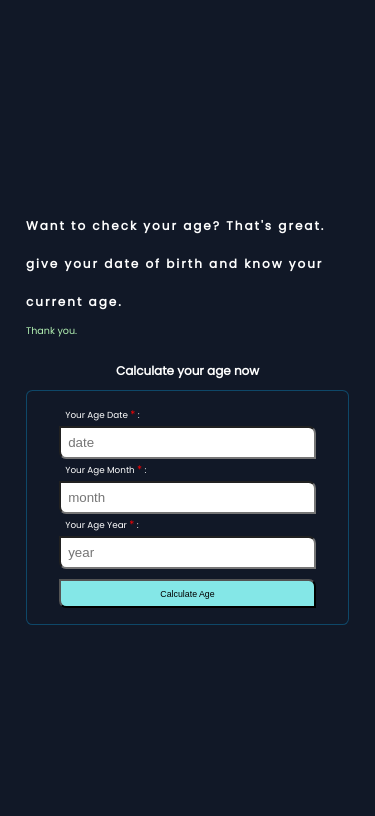
Repository: omarpervezz/age-calculator
Page: index.html
The author's editor kept a copy of each file at every save. The page is drawn from the files as they stood at one save, then again after the next save.
The browser window is 375 px wide. The pictures show the whole page.
Some web fonts or font styles are not loaded; a fallback is used.

Above is the page before, as saved 2022-08-13 00:49:50.

### index.html
<!doctype html>
<html lang="en">

<head>
    <!-- Required meta tags -->
    <meta charset="utf-8">
    <meta name="viewport" content="width=device-width, initial-scale=1">

    <!-- Font Awesome Icons  -->
    <link rel="stylesheet" href="https://cdnjs.cloudflare.com/ajax/libs/font-awesome/5.15.1/css/all.min.css"
        integrity="sha512-+4zCK9k+qNFUR5X+cKL9EIR+ZOhtIloNl9GIKS57V1MyNsYpYcUrUeQc9vNfzsWfV28IaLL3i96P9sdNyeRssA=="
        crossorigin="anonymous" />

    <!-- Google Fonts  -->
    <link rel="preconnect" href="https://fonts.googleapis.com">
    <link rel="preconnect" href="https://fonts.gstatic.com" crossorigin>
    <link href="https://fonts.googleapis.com/css2?family=Poppins&display=swap" rel="stylesheet">
    <!-- Google Icon -->
    <link href="https://fonts.googleapis.com/icon?family=Material+Icons"
      rel="stylesheet">
      <link rel="stylesheet" href="https://fonts.googleapis.com/css2?family=Material+Symbols+Outlined:opsz,wght,FILL,GRAD@48,400,0,0" />
     <link rel="stylesheet" href="style.css">

    <title>Age Calculator</title>
</head>

<body>
   <div class="age_calculator_container">
    <div class="info container">
      <h1>Want to check your age? That's great. give your date of birth and know your current age.</h1>
      <span>Thank you.</span>
     </div>
    <div class="container">
      <h2>Calculate your age now</h2>
       <div class="box">
        <form action="#" id="form">
            <div class="date_of_birth">
              <label for="date">
                Your Age Date <span>*</span> :
              </label>
              <input type="number" id="date" placeholder="date" class="date">
            </div>
            <div class="date_of_month">
              <label for="month">
                Your Age Month <span>*</span> :
              </label>
              <input type="number" id="month" placeholder="month" class="month">
            </div>
            <div class="date_of_year">
              <label for="year">
                Your Age Year <span>*</span> :
              </label>
              <input type="number" id="year" placeholder="year" class="year">
            </div>
            <div class="submit_">
              <button type="submit" id="submit" class="btn btn-primary">Calculate Age</button>
            </div>
        </form>
       </div>

    </div>
   </div>

    <script src="calculate.js"></script>
</body>

</html>

### style.css
body{
  background-color: #111827;
  color: white;
  font-family: 'Poppins', sans-serif;
  box-sizing: border-box;
  height: 100vh;
  display: flex;
  justify-content: center;
  align-items:
  center;
  overflow-x: hidden;
}
:root{
  --width:100%;
}
html{
  font-size: 62.5%;
}
h1{
  font-size: 1.5rem;
  margin-bottom: .4rem;
  padding-top: 1rem;
  line-height: 38px;
  letter-spacing: 2px;
}
h2{
  text-align: center;
  margin-top: 3rem;
}
.info span{
  color: #b3f1b3;
  font-weight: normal;
  font-size: 1.2rem;
}
.container{
  max-width: calc(var(--width) - 30%);
  margin: auto;
}
.box{
  background-color: #111827;
  overflow: hidden;
  padding: 2rem 4rem;
  height: fit-content;
  border: .2rem solid #0d81b973;
  border-radius: .8rem;
}
.box div{
  width:100%;
}
.box label{
  width:100%;
  display: block;
  font-size: 1.1rem;
  margin-bottom: .3rem;
  padding: 0 .8rem;
}
.box label span{
  color: red;
  margin-top: 0rem;
  font-size: 1.3rem;
}
.box input{
  padding: .9rem .9rem;
  margin-bottom: .4rem;
  border-top-right-radius: .9rem;
  border-bottom-left-radius: .9rem;
  width: 100%;
  box-sizing: border-box;
  transition: 0.3s background linear;
  -webkit-transition: 0.3s background linear;
  -moz-transition: 0.3s background linear;
  -ms-transition: 0.3s background linear;
  -o-transition: 0.3s background linear;
}
.addFocused{
  background: rgb(0 0 0);
  border: .2rem solid #0f4768;
  color: white;
}
.addFocused::placeholder{
  color: white;
  text-transform: capitalize;
}
.submit_{
  width: 82%;
}
.submit_ button{
  width: 100%;
  padding: .9rem .9rem;
  border-top-right-radius: .9rem;
  border-bottom-left-radius: .9rem;
  font-size: 1.1rem;
  cursor: pointer;
  background: #84e7e7;
  margin-top: .9rem;
  transition: 0.6s background linear;
  -webkit-transition: 0.6s background linear;
  -moz-transition: 0.6s background linear;
  -ms-transition: 0.6s background linear;
  -o-transition: 0.6s background linear;
}
.submit_ button:hover{
  background: transparent;
  color: #fff;
  border: .1rem solid white;
}
.result_box{
  background-color: #005574;
  border-radius: .9rem;
  margin-top: 2rem;
  position: relative;
}
.result_content{
  display:
  flex;
  flex-direction: column;
  padding: 1.3rem 0;
}
.result_content div{
  display:
  flex;
  flex-direction: row;
  justify-content: space-evenly;
}
.result_content div span{
  color: #e9e8e9;
  font-weight: 400;
  display: inline-block;
  margin-bottom: .7rem;
}
.material-symbols-outlined{
  position: absolute;
  right: 1.3rem;
  font-size: 1.4rem;
  top: 0.8rem;
  cursor: pointer;
  color: #4febf3;
  font-weight: normal;
}

@media (max-width:476px){
  html{
    font-size: 50%;
  }
  .container{
    max-width: calc(var(--width) - 10%);
  }
}

### calculate.js
const birth_date = document.querySelector('.date');
const month = document.querySelector('.month');
const year = document.querySelector('.year');

// focus input and change bg
birth_date.addEventListener('focus', function(event){
  addClass(birth_date,event);
});
month.addEventListener('focus', function(event){
  addClass(month,event)
});
year.addEventListener('focus', function(event){
  addClass(year,event)
});
const addClass = (input,event) => {
  if(event.path[0].id == 'date'){
    event.path[0].classList.add('addFocused');
    month.classList.remove('addFocused');
    year.classList.remove('addFocused');
  }else if(event.path[0].id == 'month'){
    event.path[0].classList.add('addFocused');
    birth_date.classList.remove('addFocused');
    year.classList.remove('addFocused');
  }else if(event.path[0].id == 'year'){
    event.path[0].classList.add('addFocused');
    month.classList.remove('addFocused');
    birth_date.classList.remove('addFocused');
  }
}

const calculateAge = document.querySelector('#form');
calculateAge.addEventListener('submit', function(event) {
  event.preventDefault();
  let userDateOfBirth = document.querySelector('#date').value;  // 20
  let userBirthMonth = document.querySelector('#month').value;  // 12
  let userBirthYears = document.querySelector('#year').value;   // 1990

  // today date
  let date = new Date();   // new date
  let todayDate = date.getDate();  // current date
  let currentMonth = 1 + date.getMonth() // current month;
  let currentYear = date.getFullYear() // current year;
  let months_ = [31, 28, 31, 30, 31, 30, 31, 31, 30, 31, 30, 31] // random array for 31 28 30 calculated;


  if(userDateOfBirth > todayDate){  // checking if userdate > today date
    todayDate = todayDate + months_[currentMonth - 1]; // 44
    currentMonth = currentMonth - 1; //7
  }
if(userBirthMonth > currentMonth){
  console.log(currentMonth);
  currentMonth = currentMonth + 12; // 19
  console.log(currentMonth);
  currentYear = currentYear - 1; // 2021
}

  let d = todayDate - userDateOfBirth; // 13 - 20 = -7
  console.log(currentMonth);
  console.log(userBirthMonth);
  let m = currentMonth - userBirthMonth // 8 - 12 == -4;
  let y = currentYear - userBirthYears // 2022 - 1990 32;

  const box = document.querySelector('.box');

  box.innerHTML += `
  <div class="result_box">
  <span class="material-symbols-outlined" id="close-item">
close
</span>

  <div class="result_content">
   <div>
     <span>Your Age</span><span>${y} Years</span>
   </div>
   <div><span>Your Month</span><span>${m} Month</span></div>
   <div>
     <span>Your Days</span><span>${d} Days</span>
   </div>
  </div>
</div>
  `
  const item = document.querySelector('.result_box');
  const closeItem = document.querySelector('#close-item');
  closeItem.addEventListener('click', function(event){
    item.remove();
    location.reload();
  })
});

After the next save:
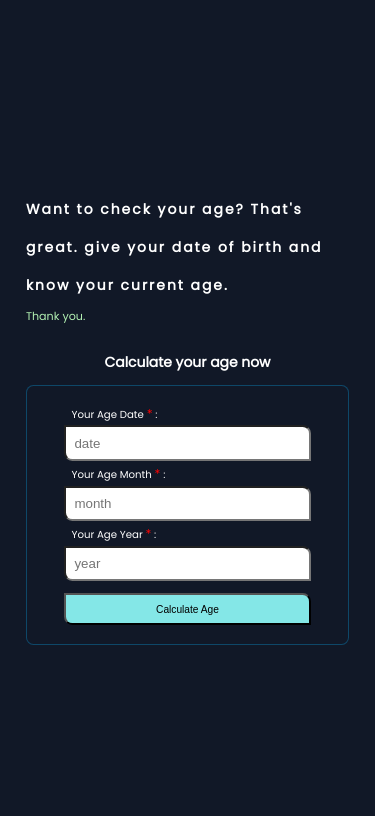
Saved 28 s later.
--- a/style.css
+++ b/style.css
@@ -140,7 +140,7 @@ h2{
 
 @media (max-width:476px){
   html{
-    font-size: 50%;
+    font-size: 58%;
   }
   .container{
     max-width: calc(var(--width) - 10%);
